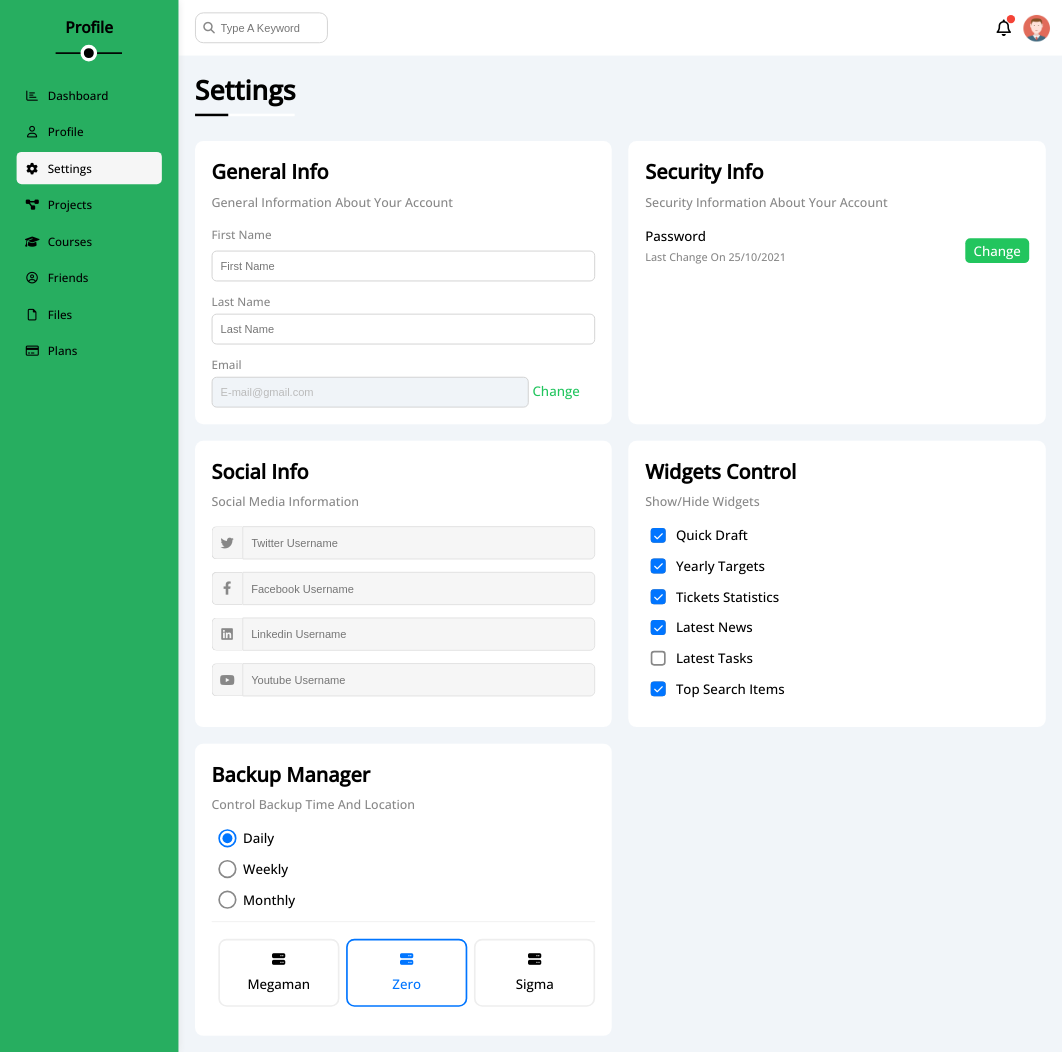
Repository: souhailaniba/Bookly
Page: public/assets/books webstie/settings.html
The author's editor kept a copy of each file at every save. The page is drawn from the files as they stood at one save, then again after the next save.
The browser window is 1280 px wide. The pictures show the whole page, at 83% of full size.

Above is the page before, as saved 2023-01-27 14:50:33.

After the next save:
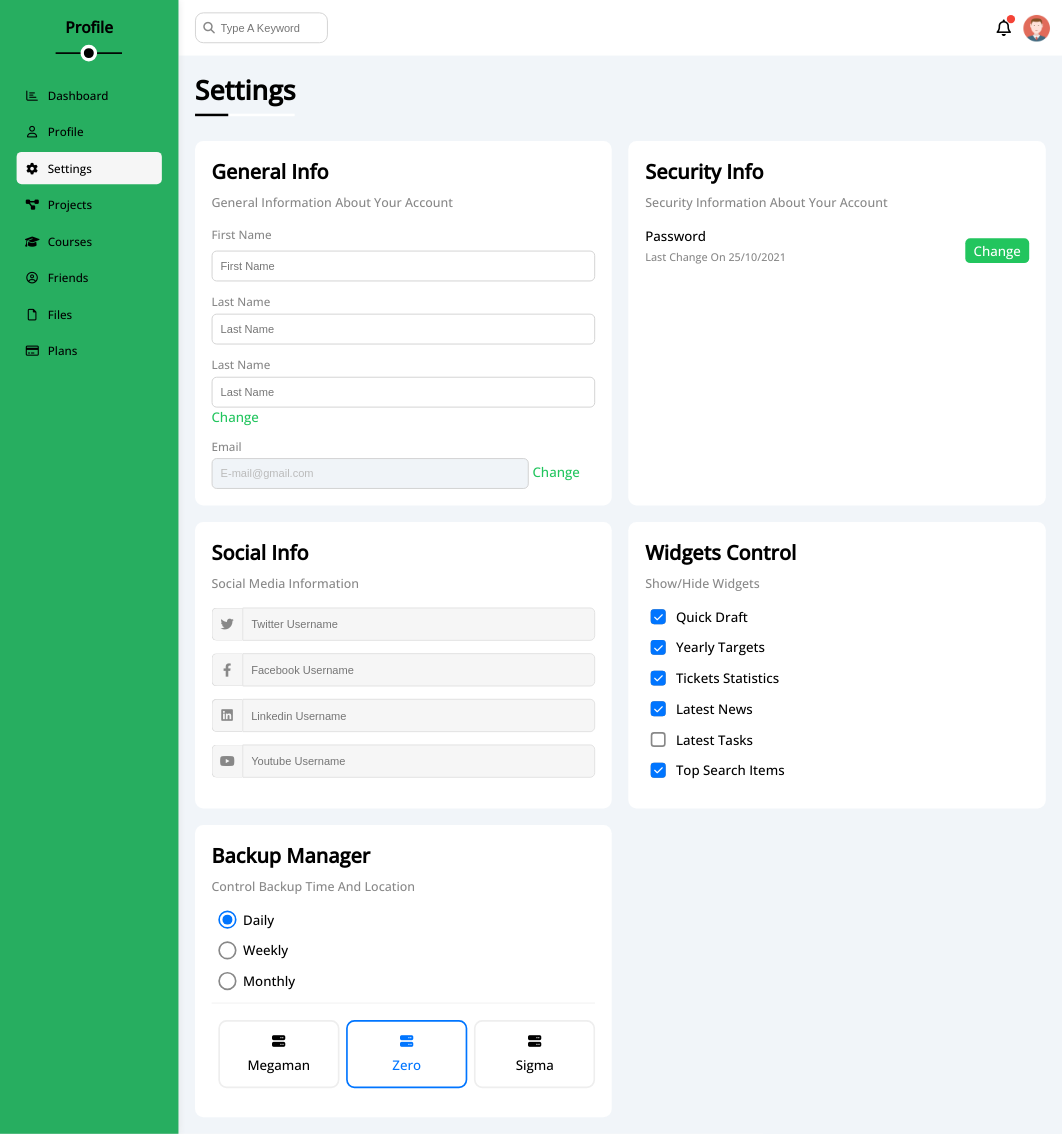
Saved 23 s later.
--- a/public/assets/books webstie/settings.html
+++ b/public/assets/books webstie/settings.html
@@ -106,6 +106,16 @@
                 placeholder="Last Name"
               />
             </div>
+            <div class="mb-15">
+              <label class="fs-14 c-grey d-block mb-5" for="last">Last Name</label>
+              <input
+                class="b-none border-ccc p-10 rad-6 d-block w-full"
+                id="last"
+                type="text"
+                placeholder="Last Name"
+              />
+              <a class="c-green" href="#">Change</a>
+            </div>
             <div>
               <label class="fs-14 c-grey d-block mb-5" for="email">Email</label>
               <input
